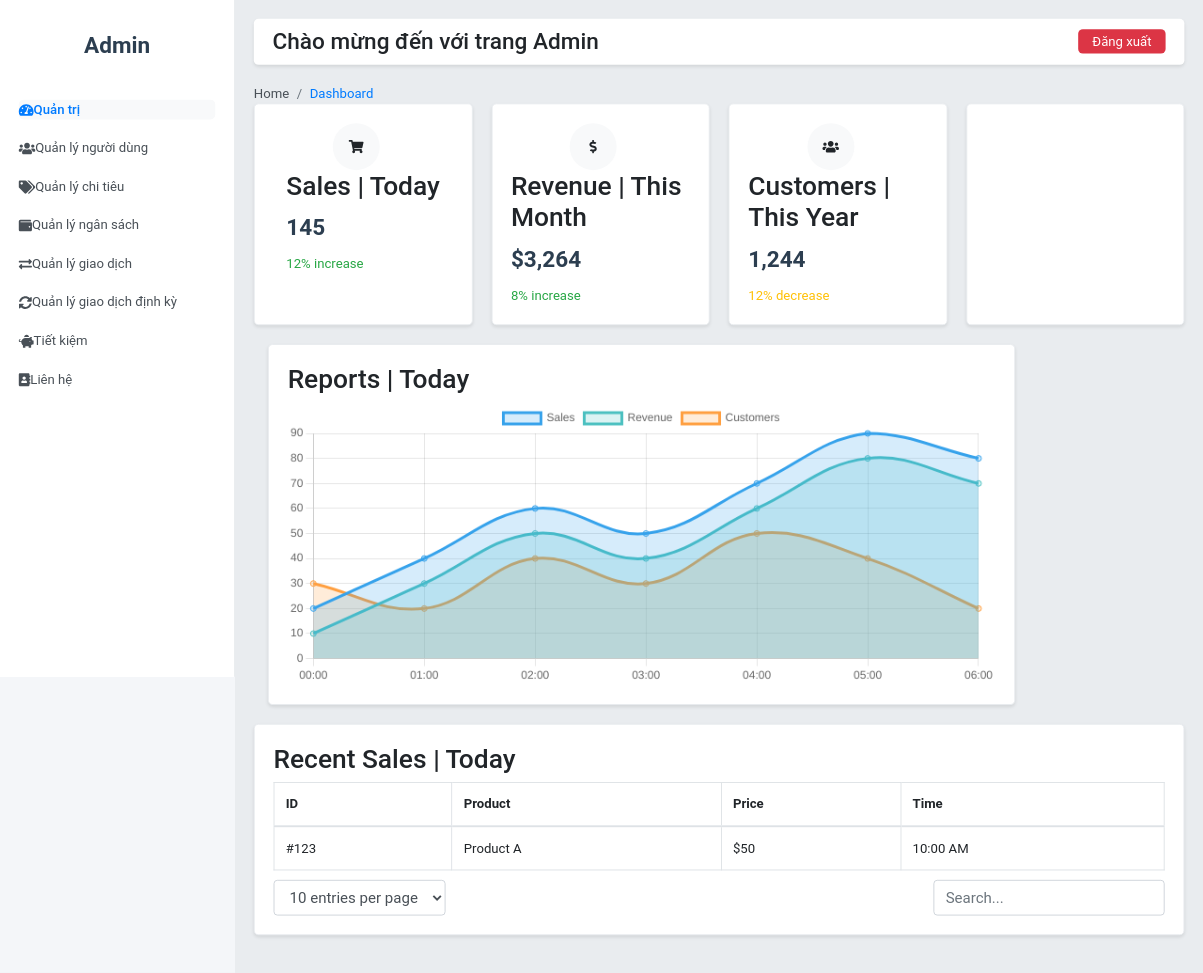
Repository: PhanVanHoa051204/Project3
Page: http://localhost/Project3/dashboard.jsp
These files come from the project's save history. The page is drawn as it stood at one moment and after the next save; the edit follows.
The browser window is 1280 px wide. The pictures show the whole page, at 94% of full size.
The page is served by Tomcat 9. Other server files are loaded and not shown.

Above is the page before, as saved 2025-03-14 18:47:00.
Console error: TypeError: Cannot read properties of null (reading 'getContext')

### PhanVanHoa_2210900023_K22CNT1/Project3/src/main/webapp/dashboard.jsp
<%@ page language="java" contentType="text/html; charset=UTF-8"
	pageEncoding="UTF-8"%>
<!DOCTYPE html>
<html lang="en">
<head>
<meta charset="UTF-8">
<meta name="viewport" content="width=device-width, initial-scale=1.0">
<title>Admin</title>
<link rel="stylesheet"
	href="https://cdn.jsdelivr.net/npm/bootstrap@4.5.3/dist/css/bootstrap.min.css">
<script src="https://cdn.jsdelivr.net/npm/chart.js"></script>
<script
	src="https://cdnjs.cloudflare.com/ajax/libs/font-awesome/5.15.4/js/all.min.js"></script>
<link rel="stylesheet" href="style.css">
<script src="https://cdn.jsdelivr.net/npm/chart.js"></script>
</head>
<body>
	<div class="container-fluid">
		<div class="row">
			<!-- Sidebar -->
			<div class="sidebar">
				<div class="logo">Admin</div>
				<ul>
					<li class="active"><a href="#"><i
							class="fas fa-tachometer-alt"></i> Quản trị</a></li>
					<li><a
						href="${pageContext.request.contextPath}/NguoiDung/users.jsp"><i
							class="fas fa-users"></i> Quản lý người dùng</a></li>
					<li><a
						href="${pageContext.request.contextPath}/ChiTieu/categories.jsp"><i
							class="fas fa-tags"></i> Quản lý chi tiêu</a></li>
					<li><a
						href="${pageContext.request.contextPath}/NganSach/budgets.jsp"><i
							class="fas fa-wallet"></i> Quản lý ngân sách</a></li>
					<li><a
						href="${pageContext.request.contextPath}/GiaoDich/transactions.jsp"><i
							class="fas fa-exchange-alt"></i> Quản lý giao dịch</a></li>
					<li><a
						href="${pageContext.request.contextPath}/GDDinhKy/recurringtransactions.jsp"><i
							class="fas fa-sync-alt"></i> Quản lý giao dịch định kỳ</a></li>
					<li><a
						href="${pageContext.request.contextPath}/TietKiem/goals.jsp"><i
							class="fas fa-piggy-bank"></i> Tiết kiệm</a></li>
					<li><a href="https://web.facebook.com/PhanHoa05122004"><i
							class="fas fa-address-book"></i> Liên hệ</a></li>
				</ul>
			</div>

			<!-- Main Content -->
			<div class="main-content">
				<header>
					<div class="">
						<h1>Chào mừng đến với trang Admin</h1>
					</div>
					<div class="submit-section">
						<a href="login.jsp" class="logout-btn">Đăng xuất</a>
					</div>
				</header>

				<!-- Dashboard Content -->
				<div class="dashboard-content">
					<nav aria-label="breadcrumb">
						<ol class="breadcrumb">
							<li class="breadcrumb-item"><a href="dashboard.jsp">Home</a></li>
							<li class="breadcrumb-item active" aria-current="page">Dashboard</li>
						</ol>
					</nav>

					<div class="cards">
						<div class="card stats-card">
							<div class="card-icon">
								<i class="fas fa-shopping-cart"></i>
							</div>
							<div class="card-content">
								<h3>Sales | Today</h3>
								<p class="stats-value">145</p>
								<span class="stats-change text-success">12% increase</span>
							</div>
						</div>
						<div class="card stats-card">
							<div class="card-icon">
								<i class="fas fa-dollar-sign"></i>
							</div>
							<div class="card-content">
								<h3>Revenue | This Month</h3>
								<p class="stats-value">$3,264</p>
								<span class="stats-change text-success">8% increase</span>
							</div>
						</div>
						<div class="card stats-card">
							<div class="card-icon">
								<i class="fas fa-users"></i>
							</div>
							<div class="card-content">
								<h3>Customers | This Year</h3>
								<p class="stats-value">1,244</p>
								<span class="stats-change text-warning">12% decrease</span>
							</div>
						</div>
						<div class="card stats-card">
							<div class="card-content">
								<!-- <h3>Recent Activity | Today</h3>
								<ul class="activity-list">
									<li><span class="dot green"></span>32 min - Quia quaerere
										rem explicabo officiis beatae</li>
									<li><span class="dot red"></span>56 min - Voluptatem
										blanditiis blanditiis eveniet</li>
									<li><span class="dot blue"></span>2 hrs - Voluptates
										corrupti molestias voluptatem</li>
									<li><span class="dot yellow"></span>1 day - Tempore autem
										saepe occaecati voluptatem tempore</li>
									<li><span class="dot grey"></span>4 weeks - Dicta dolorem
										harum nulla eius. Ut quidem quidem sit</li>
								</ul> -->
							</div>
						</div>
					</div>

					<div class="row">
						<div class="col-md-10">
							<div class="chart-section">
								<h3>Reports | Today</h3>
								<canvas id="reportsChart"></canvas>
							</div>
						</div>

					</div>

					<div class="recent-sales">
						<h3>Recent Sales | Today</h3>
						<table class="table table-bordered">
							<thead>
								<tr>
									<th>ID</th>
									<th>Product</th>
									<th>Price</th>
									<th>Time</th>
								</tr>
							</thead>
							<tbody>
								<tr>
									<td>#123</td>
									<td>Product A</td>
									<td>$50</td>
									<td>10:00 AM</td>
								</tr>
							</tbody>
						</table>
						<div class="table-footer">
							<select class="form-control d-inline-block w-auto">
								<option>10 entries per page</option>
							</select> <input type="text"
								class="form-control d-inline-block w-auto ml-2"
								placeholder="Search...">
						</div>
					</div>
				</div>
			</div>
		</div>
	</div>

	<!-- Scripts -->
	<script>
		// Reports Chart
		const reportsCtx = document.getElementById('reportsChart').getContext(
				'2d');
		new Chart(reportsCtx, {
			type : 'line',
			data : {
				labels : [ '00:00', '01:00', '02:00', '03:00', '04:00',
						'05:00', '06:00' ],
				datasets : [ {
					label : 'Sales',
					data : [ 20, 40, 60, 50, 70, 90, 80 ],
					borderColor : 'rgba(54, 162, 235, 1)',
					backgroundColor : 'rgba(54, 162, 235, 0.2)',
					fill : true,
					tension : 0.4
				}, {
					label : 'Revenue',
					data : [ 10, 30, 50, 40, 60, 80, 70 ],
					borderColor : 'rgba(75, 192, 192, 1)',
					backgroundColor : 'rgba(75, 192, 192, 0.2)',
					fill : true,
					tension : 0.4
				}, {
					label : 'Customers',
					data : [ 30, 20, 40, 30, 50, 40, 20 ],
					borderColor : 'rgba(255, 159, 64, 1)',
					backgroundColor : 'rgba(255, 159, 64, 0.2)',
					fill : true,
					tension : 0.4
				} ]
			},
			options : {
				scales : {
					y : {
						beginAtZero : true
					}
				}
			}
		});

		// Budget Chart (Radar Chart)
		const budgetCtx = document.getElementById('budgetChart').getContext(
				'2d');
		new Chart(budgetCtx, {
			type : 'radar',
			data : {
				labels : [ 'Administration', 'Marketing', 'Development',
						'Sales', 'on Technology' ],
				datasets : [ {
					label : 'Allocated Budget',
					data : [ 65, 59, 80, 81, 56 ],
					backgroundColor : 'rgba(54, 162, 235, 0.2)',
					borderColor : 'rgba(54, 162, 235, 1)',
					borderWidth : 2
				}, {
					label : 'Actual Spending',
					data : [ 28, 48, 40, 19, 86 ],
					backgroundColor : 'rgba(75, 192, 192, 0.2)',
					borderColor : 'rgba(75, 192, 192, 1)',
					borderWidth : 2
				} ]
			},
			options : {
				scales : {
					r : {
						beginAtZero : true
					}
				}
			}
		});
	</script>
</html>

### PhanVanHoa_2210900023_K22CNT1/Project3/src/main/webapp/style.css
* {
    margin: 0;
    padding: 0;
    box-sizing: border-box;
    font-family: 'Roboto', sans-serif;
}

body {
    background-color: #f4f6f9;
    font-size: 14px;
    min-height: 100vh;
    overflow-x: hidden;
}

.container-fluid {
    padding: 0;
}

.row {
    margin: 0;
}

/* Sidebar */
.sidebar {
    width: 250px;
    background-color: #fff;
    padding: 20px 0;
    border-right: 1px solid #e9ecef;
    height: 100vh;
    position: fixed;
    top: 0;
    left: 0;
    overflow-y: auto;
    z-index: 1000;
}

.logo {
    font-size: 24px;
    font-weight: 700;
    color: #2c3e50;
    text-align: center;
    padding: 10px 0;
    margin-bottom: 20px;
}

.sidebar ul {
    list-style: none;
    padding: 0;
}

.sidebar ul li {
    padding: 10px 20px;
}

.sidebar ul li a {
    color: #495057;
    text-decoration: none;
    display: flex;
    align-items: center;
    transition: all 0.3s;
}

.sidebar ul li a i {
    margin-right: 10px;
}

.sidebar ul li.active a, .sidebar ul li a:hover {
    color: #007bff;
    background-color: #f8f9fa;
    border-radius: 5px;
}

.sidebar ul li.active a {
    font-weight: 500;
}

/* Main Content */
.main-content {
    margin-left: 250px;
    padding: 20px;
    flex: 1;
    min-height: 100vh;
    background-color: #e9ecef;
    overflow-y: auto;
    position: relative;
    z-index: 1;
}

header {
    display: flex;
    justify-content: space-between;
    align-items: center;
    margin-bottom: 20px;
    background: #fff;
    padding: 10px 20px;
    border-radius: 5px;
    box-shadow: 0 2px 4px rgba(0, 0, 0, 0.1);
    position: sticky;
    top: 0;
    z-index: 10;
}

header h1 {
    margin: 0;
    font-size: 24px;
}

.submit-section .logout-btn {
    padding: 5px 15px;
    background-color: #dc3545;
    color: #fff;
    text-decoration: none;
    border-radius: 5px;
}

.submit-section .logout-btn:hover {
    background-color: #c82333;
}

.dashboard-content {
    padding: 0;
}

.breadcrumb {
    background: transparent;
    padding: 0;
    margin: 0;
}

.breadcrumb-item a {
    color: #495057;
}

.breadcrumb-item.active {
    color: #007bff;
}

.cards {
    display: flex;
    justify-content: space-between;
    margin-bottom: 20px;
    gap: 20px;
    flex-wrap: wrap;
}

.card {
    background: #fff;
    border: 1px solid #e9ecef;
    border-radius: 5px;
    padding: 20px;
    box-shadow: 0 2px 4px rgba(0, 0, 0, 0.1);
    flex: 1;
    min-width: 200px;
    display: flex;
    align-items: center;
    transition: transform 0.3s;
}

.card:hover {
    transform: translateY(-5px);
}

.card-icon {
    width: 50px;
    height: 50px;
    background: #f8f9fa;
    border-radius: 50%;
    display: flex;
    align-items: center;
    justify-content: center;
    margin-right: 15px;
}

.card-icon i {
    font-size: 24px;
    color: #6c757d;
}

.card-content {
    flex: 1;
    text-align: left;
}

.stats-value {
    font-size: 24px;
    font-weight: 700;
    color: #2c3e50;
    margin: 10px 0;
}

.stats-change {
    font-size: 14px;
    display: block;
}

.text-success {
    color: #28a745;
}

.text-warning {
    color: #ffc107;
}

.chart-section {
    background: #fff;
    border: 1px solid #e9ecef;
    border-radius: 5px;
    padding: 20px;
    margin-bottom: 20px;
    box-shadow: 0 2px 4px rgba(0, 0, 0, 0.1);
}

.chart-section canvas {
    max-height: 300px;
    width: 100% !important; /* Đảm bảo canvas chiếm toàn bộ chiều rộng */
    height: auto !important; /* Tự động điều chỉnh chiều cao */
}

.recent-sales {
    background: #fff;
    border: 1px solid #e9ecef;
    border-radius: 5px;
    padding: 20px;
    margin-bottom: 20px;
    box-shadow: 0 2px 4px rgba(0, 0, 0, 0.1);
}

.table {
    margin-bottom: 0;
}

.table-footer {
    margin-top: 10px;
    display: flex;
    justify-content: space-between;
}

After the next save:
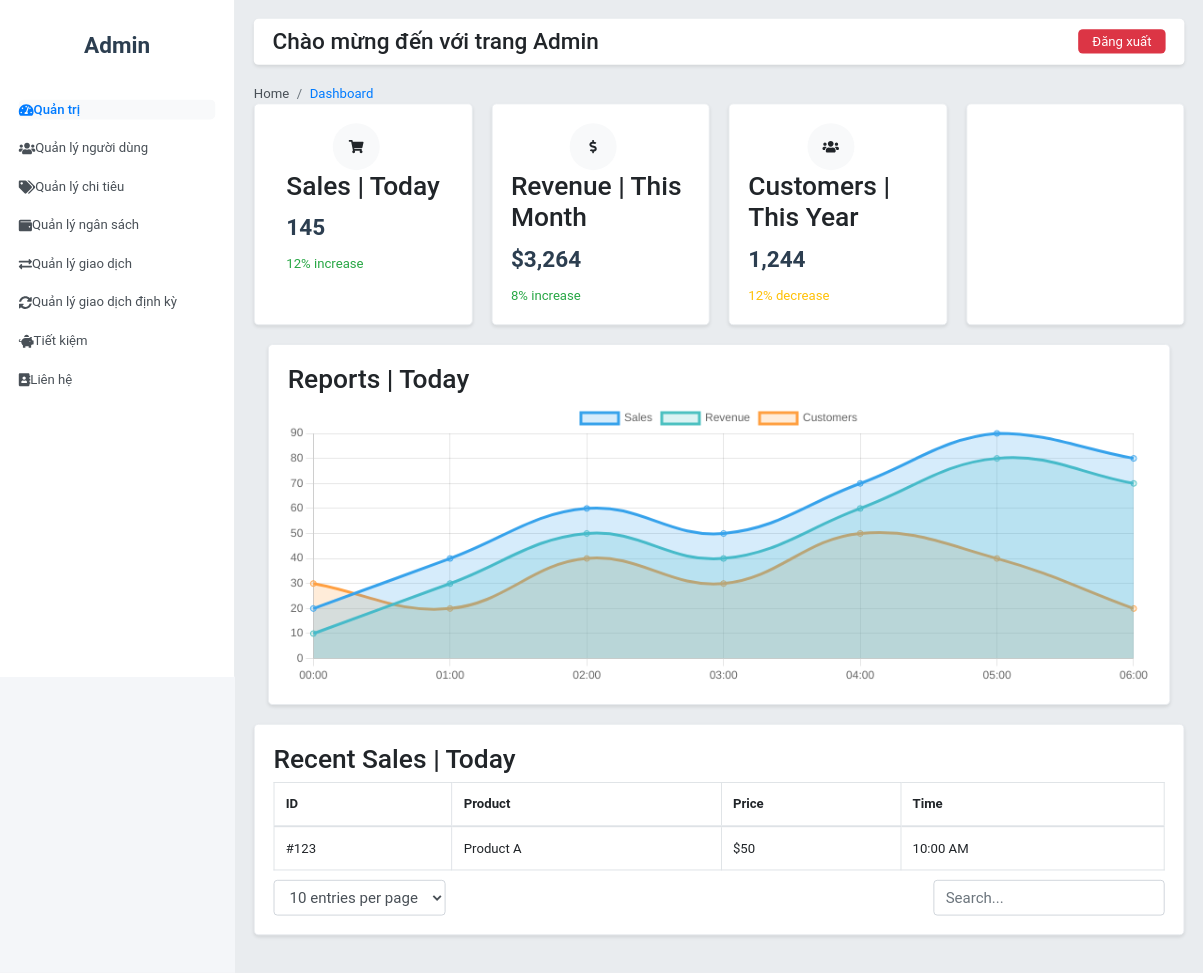
Saved 11 s later.
--- a/PhanVanHoa_2210900023_K22CNT1/Project3/src/main/webapp/dashboard.jsp
+++ b/PhanVanHoa_2210900023_K22CNT1/Project3/src/main/webapp/dashboard.jsp
@@ -117,7 +117,7 @@
 					</div>
 
 					<div class="row">
-						<div class="col-md-10">
+						<div class="col-md-12">
 							<div class="chart-section">
 								<h3>Reports | Today</h3>
 								<canvas id="reportsChart"></canvas>
